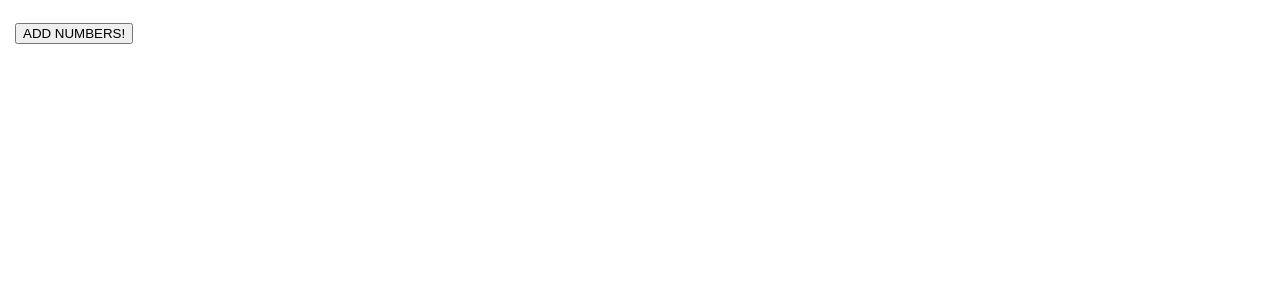
Repository: yiyongc/learning-2017
Page: SpringTraining/Day12-JavaScriptES6/WebContent/index3.html
The author's editor kept a copy of each file at every save. The page is drawn from the files as they stood at one save, then again after a run of saves.
The browser window is 1280 px wide. The pictures show the whole page.

Above is the page before, as saved 2017-09-13 05:31:38.

After the next 2 saves:
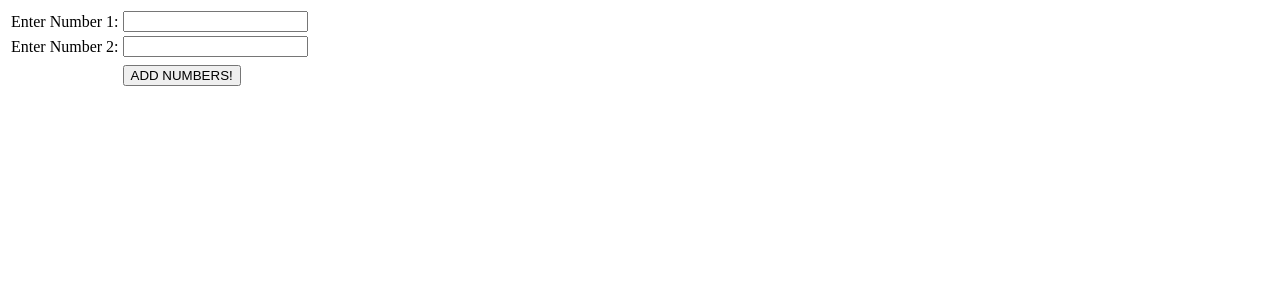
The 2 saves are shown as one change because they came seconds apart.
The last was saved 54 s later.
--- a/SpringTraining/Day12-JavaScriptES6/WebContent/index3.html
+++ b/SpringTraining/Day12-JavaScriptES6/WebContent/index3.html
@@ -9,12 +9,12 @@
 <form>
 	<table>
 		<tr>
-			<td></td>
-			<td></td>
+			<td>Enter Number 1: </td>
+			<td><input type="number" id="num1"/></td>
 		</tr>
 		<tr>
-			<td></td>
-			<td></td>
+			<td>Enter Number 2: </td>
+			<td><input type="number" id="num2"/></td>
 		</tr>
 		<tr>
 			<td></td>
